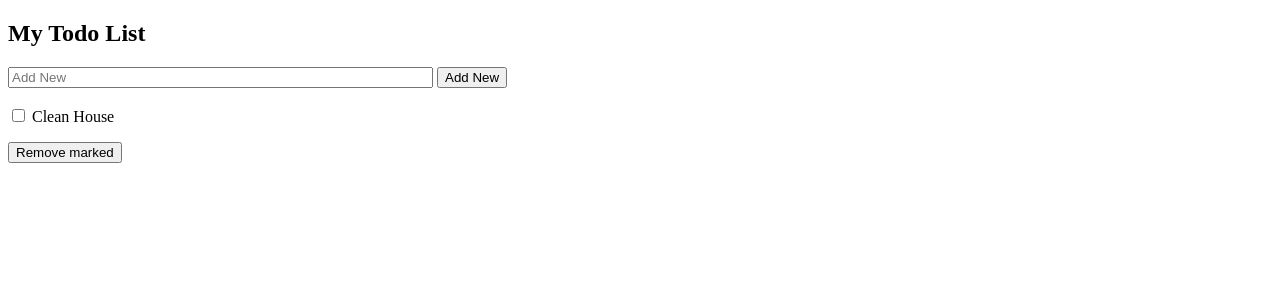
Repository: HemlataSachdeva/ToDoTestWS
Page: http://localhost/ToDoTest/
An editor plug-in stored every save of this project. The page is shown before and after the next save, followed by the edit.
The browser window is 1280 px wide. The pictures show the whole page.
Some web libraries are served in a nearby version. The page is served by Tomcat 9.

Above is the page before, as saved 2018-01-15 16:59:25.

After the next save:
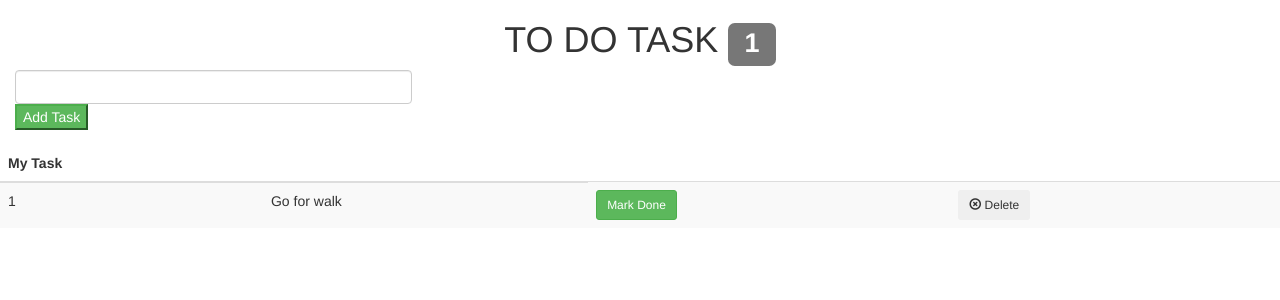
Saved 4 min 51 s later.
--- a/ToDoTest/WebContent/index.jsp
+++ b/ToDoTest/WebContent/index.jsp
@@ -1,4 +1,4 @@
-<!DOCTYPE html>
+<!-- <!DOCTYPE html>
 <html>
 <script src="https://ajax.googleapis.com/ajax/libs/angularjs/1.6.4/angular.min.js"></script>
 <body ng-app="myApp" ng-controller="todoCtrl">
@@ -40,3 +40,91 @@ app.controller('todoCtrl', function($scope) {
 
 </body>
 </html>
+ -->
+
+
+ <!doctype html>
+<html ng-app="myApp">
+  <head>
+    <title>My Angular App</title>
+ <link rel="stylesheet" href="http://maxcdn.bootstrapcdn.com/bootstrap/3.3.7/css/bootstrap.min.css">
+ <script src="https://cdnjs.cloudflare.com/ajax/libs/jquery/3.1.0/jquery.min.js"></script>
+ <script src="https://maxcdn.bootstrapcdn.com/bootstrap/3.3.7/js/bootstrap.min.js"></script>
+    <script src="https://ajax.googleapis.com/ajax/libs/angularjs/1.5.6/angular.min.js"></script>
+ <style>
+        .strike {
+    text-decoration: line-through;
+        }
+    </style>
+ <script type="text/javascript">
+ var myToApp=angular.module("myApp",[]);
+
+ var toDoList=[{task:'Go for walk',done:false,status:false}];
+
+
+
+
+ myToApp.controller('myCtrl',function($scope){
+ $scope.todo = toDoList;
+ $scope.addTask=function(){
+
+ $scope.todo.push({task:$scope.mtask,done:false,status:false});
+
+
+ };
+ $scope.removeTask=function(index){
+ $scope.todo.splice(index, 1)
+
+
+
+ };
+ $scope.markDone=function(index){
+ $scope.todo[index]={task:$scope.todo[index].task,done:true,status:true};
+
+
+
+
+ };
+
+
+ });
+ </script>
+  </head>
+  <body ng-controller="myCtrl">
+<h1 align="center">TO DO TASK
+<span class="label label-default">{{todo.length}}</span>
+</h1>
+<div class="form-group col-sm-4">
+<input type="text" id="entertask" class="form-control input-sm-6" ng-model="mtask"/>
+<input type="button" id="addtask" value="Add Task" class="btn-success" ng-click="addTask()"/>
+
+</div>
+  <table class="table table-striped" >
+  <thead>
+  <tr>
+
+  <th>My Task</th>
+  <th></th>
+  </tr>
+  </thead>
+  <tbody>
+<tr ng-repeat="mytask in todo">
+<td>{{$index+1}}</td>
+<td><span ng-class="{strike:mytask.status }" ng-bind="mytask.task"></span></td>
+<td><button type="button" id="markdone" ng-click="markDone($index)" class="btn btn-success btn-sm">
+           Mark Done
+        </button>
+</td>
+<td><button type="button" id="removetask" ng-click="removeTask($index)" class="btn btn-failure btn-sm">
+          <span class="glyphicon glyphicon-remove-circle"></span> Delete
+        </button>
+</td>
+
+</tr>
+  </tbody>
+
+  </table>
+
+  </body>
+
+</html>
